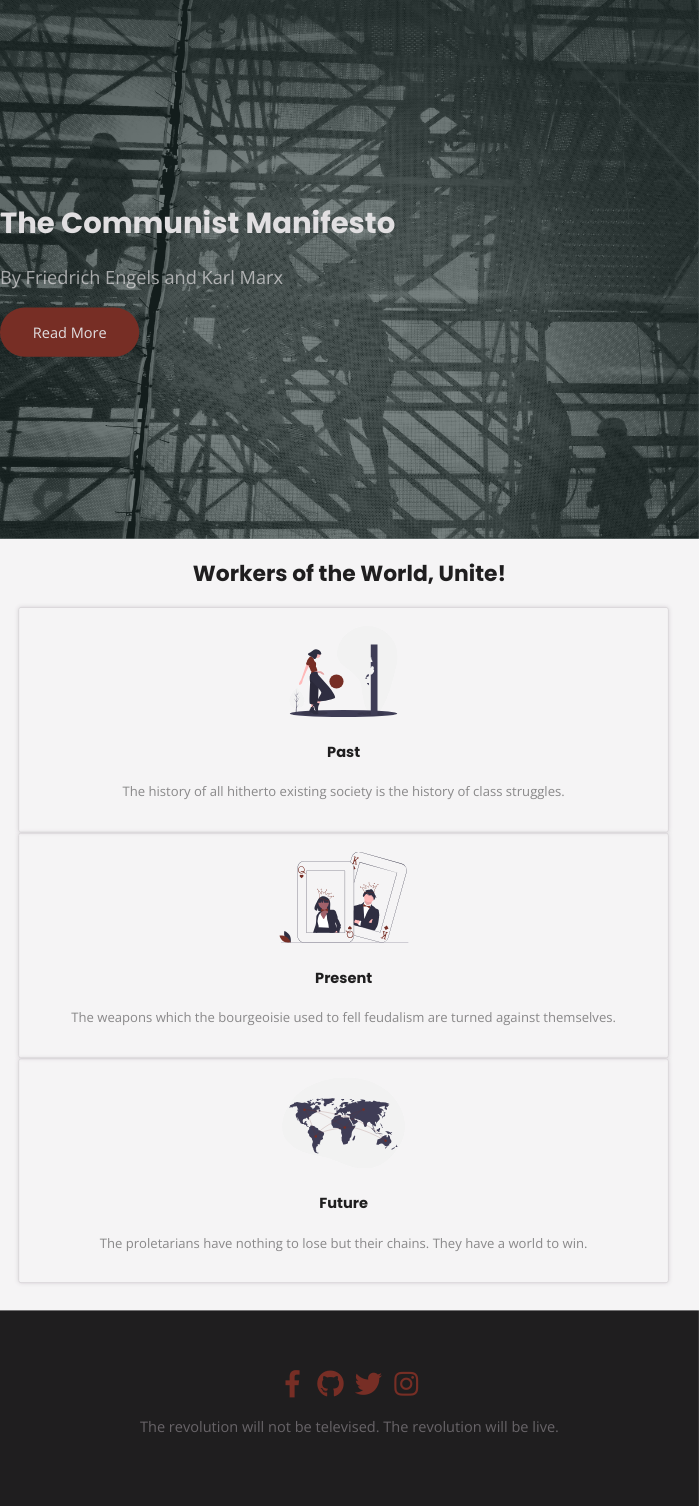
Repository: eaang/landing
Page: index.html
These files come from the project's save history. The page is drawn as it stood at one moment and after the next save; the edit follows.
The browser window is 768 px wide. The pictures show the whole page, at 91% of full size.
Some web libraries are served in a nearby version.

Above is the page before, as saved 2020-06-10 16:58:51.

After the next save:
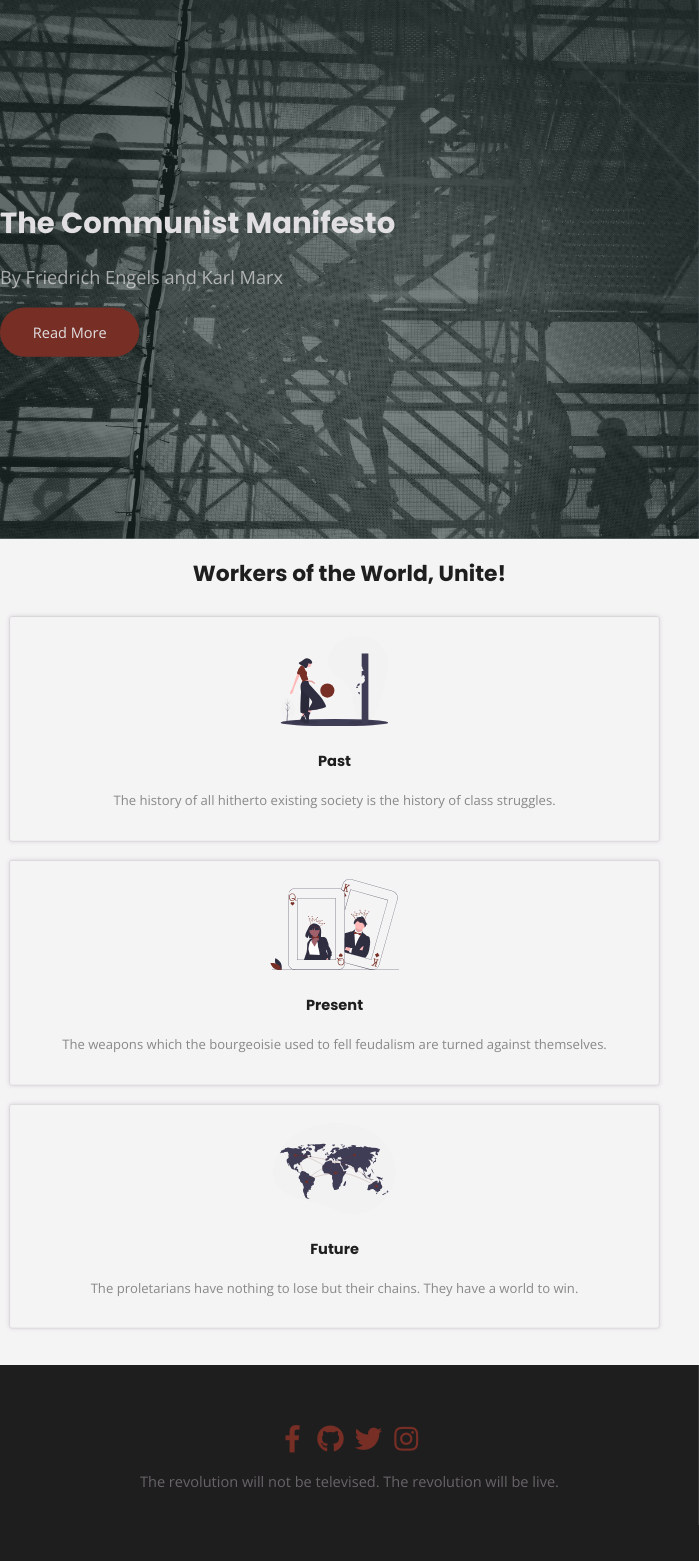
Saved 17 s later.
--- a/css/style.css
+++ b/css/style.css
@@ -134,5 +134,6 @@ a {
   .card {
     margin: 0 10px;
     max-width: 90%;
+    margin: 10px 0;
   }
 }
